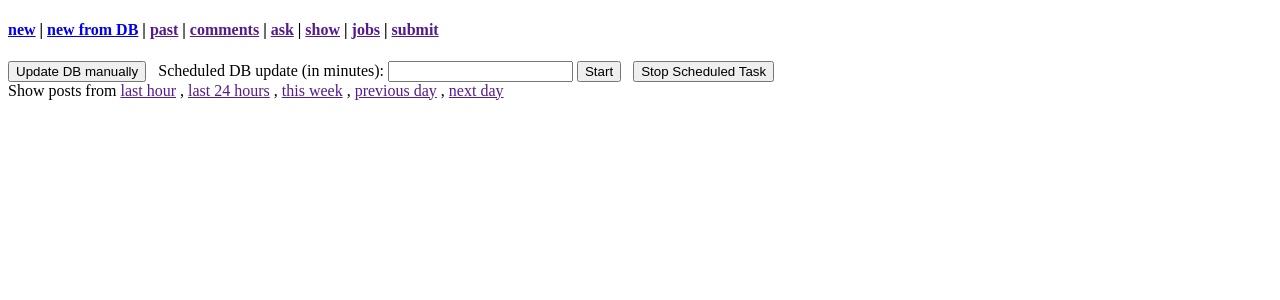
Repository: akshatmaheshwar/HackerNews-Clone
Page: http://localhost/HackerNews/dbnewest
An editor plug-in stored every save of this project. The page is shown before and after the next save, followed by the edit.
The browser window is 1280 px wide. The pictures show the whole page.
The page is served by Tomcat 10. Queries for data that is not in the repository find no rows.

Above is the page before, as saved 2023-10-12 12:46:32.

After the next save:
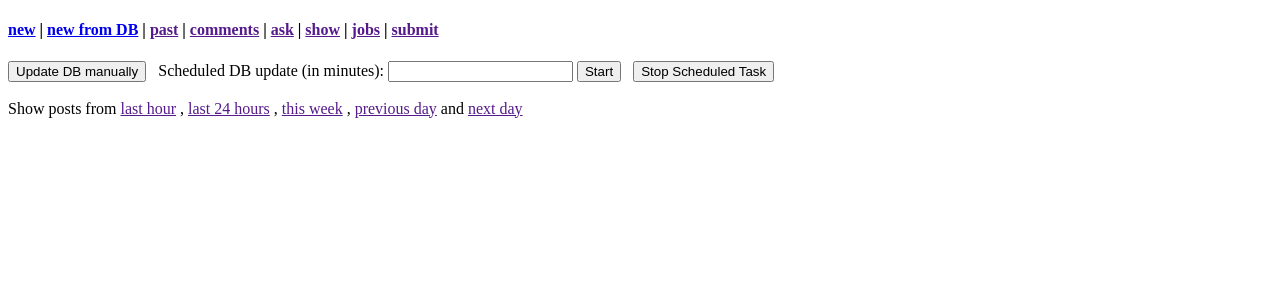
Saved 41 s later.
--- a/HackerNews/src/main/webapp/newest.jsp
+++ b/HackerNews/src/main/webapp/newest.jsp
@@ -44,8 +44,8 @@ if(request.getAttribute("pagination")!=null)startNo = (int)request.getAttribute(
     </form> &nbsp; &nbsp;
     <form action="stopscheduledservlet" method="post"><input type="submit" value="Stop Scheduled Task"></form></div>
 
-
-    <div>Show posts from <a href = "">last hour</a> , <a href = "">last 24 hours</a> , <a href = "">this week</a> , <a href = "">previous day</a> , <a href = "">next day</a></div>
+    <br>
+    <div>Show posts from <a href = "">last hour</a> , <a href = "">last 24 hours</a> , <a href = "">this week</a> , <a href = "">previous day</a> and <a href = "">next day</a></div>
 <ol start = <%=startNo%>>
      <%
     ArrayList<Posts> postList = (ArrayList<Posts>)request.getAttribute("postList");
